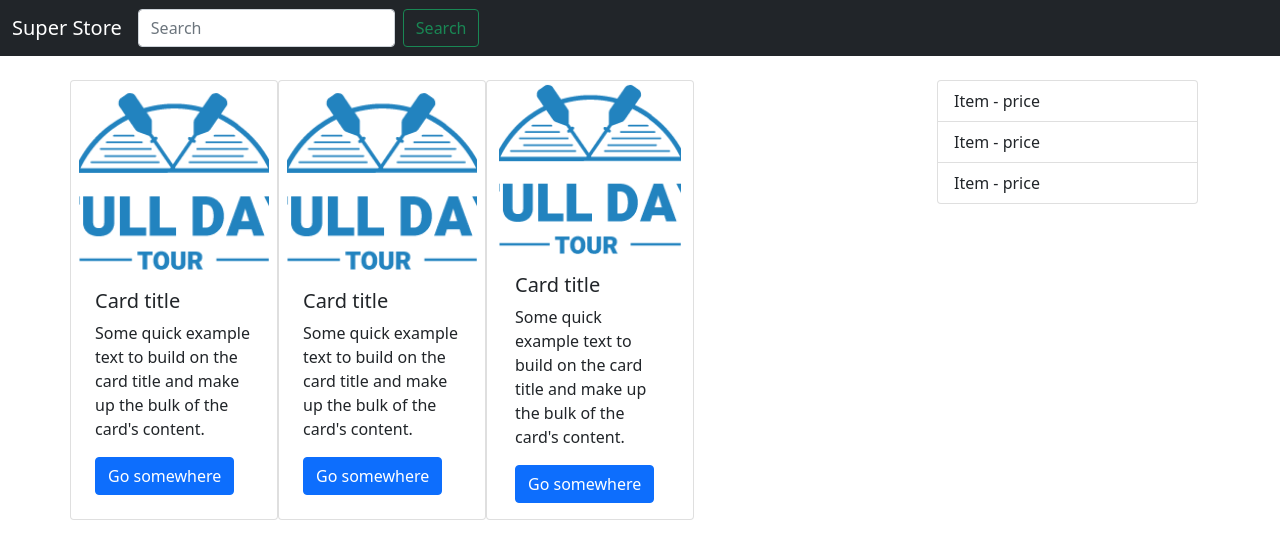
Repository: rockeycse/superstore
Page: /
These files come from the project's save history. The page is drawn as it stood at one moment and after a run of saves; the edit follows.
The browser window is 1280 px wide. The pictures show the whole page.
The project was rebuilt for these pictures with package versions that can differ from the ones it lists, and the page was loaded fresh each time.

Above is the page before, as saved 2021-06-07 17:50:14.

After the next 2 saves:
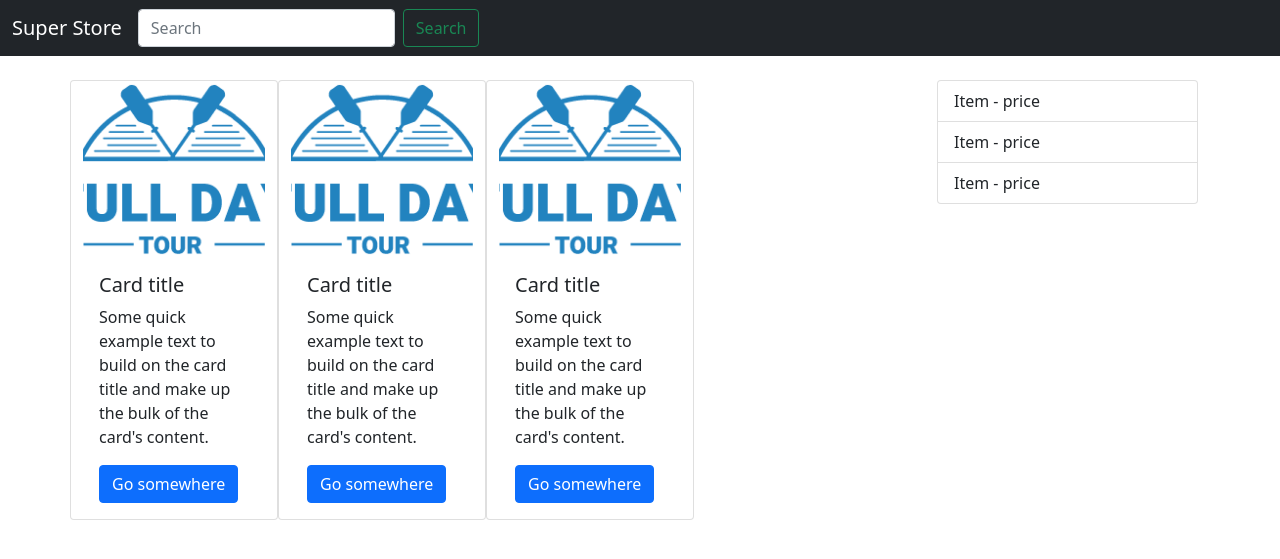
The 2 saves are shown as one change because they came seconds apart.
The last was saved 6 s later.
--- a/src/components/Inventory.vue
+++ b/src/components/Inventory.vue
@@ -1,6 +1,6 @@
 <template lang="">
  <div class="row">
-            <div class="card p-2" style="width: 13rem">
+            <div class="card" style="width: 13rem">
               <img src="../assets/test.png" class="card-img-top" alt="sorry" />
               <div class="card-body">
                 <h5 class="card-title">Card title</h5>
@@ -11,7 +11,7 @@
                 <a href="#" class="btn btn-primary">Go somewhere</a>
               </div>
             </div>
-           <div class="card p-2" style="width: 13rem">
+            <div class="card" style="width: 13rem">
               <img src="../assets/test.png" class="card-img-top" alt="sorry" />
               <div class="card-body">
                 <h5 class="card-title">Card title</h5>
